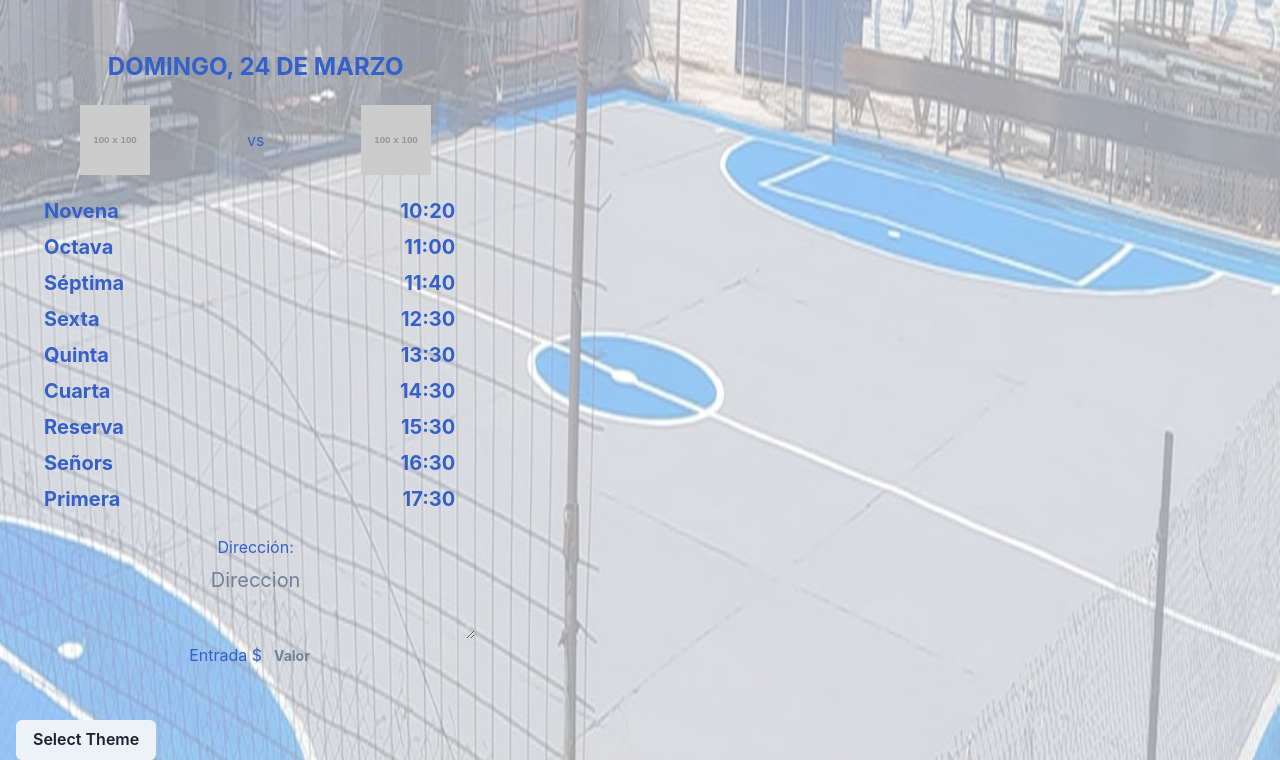
Repository: Anibalgutierrez/flayers
Page: /
The author's editor kept a copy of each file at every save. The page is drawn from the files as they stood at one save, then again after the next save.
The browser window is 1280 px wide. The pictures show the whole page.
The project was rebuilt for these pictures with package versions that can differ from the ones it lists, and the page was loaded fresh each time. Also part of the build but not shown: vite.config.js.

Above is the page before, as saved 2024-06-03 22:33:39.

After the next save:
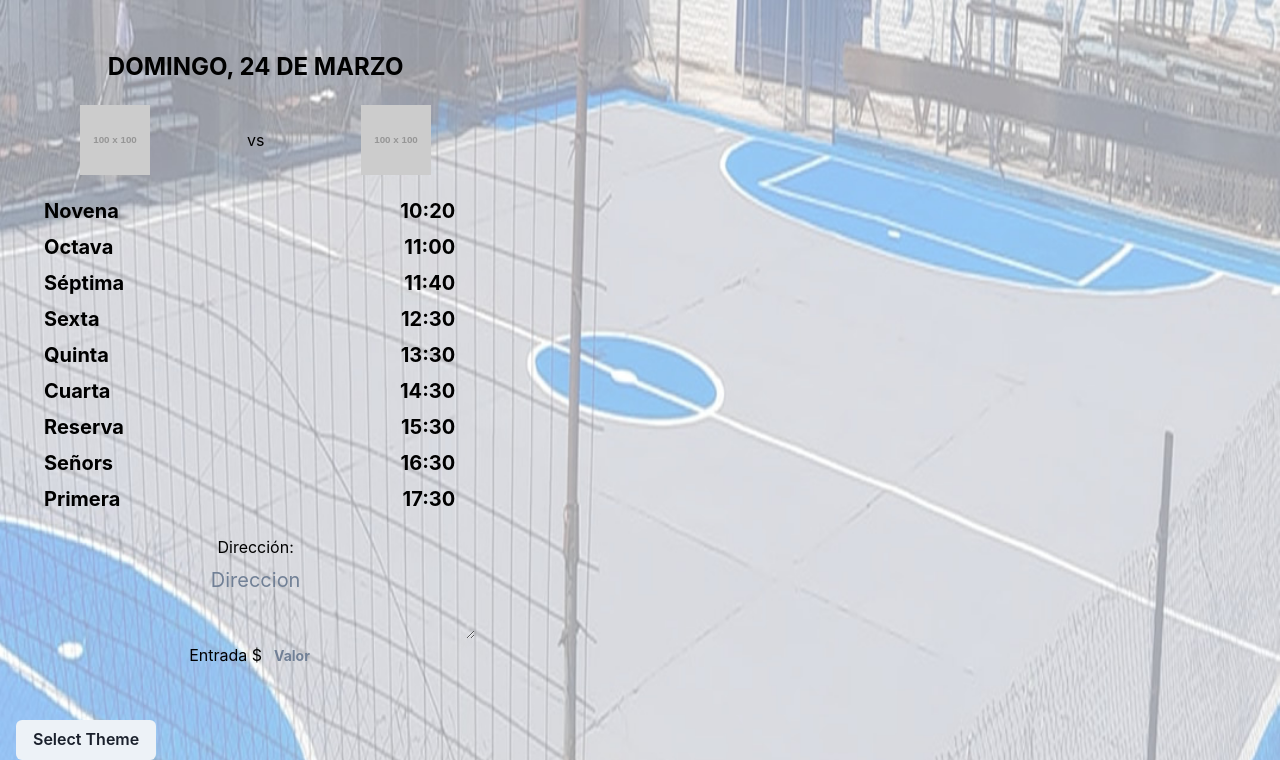
Saved 79 s later.
--- a/src/ThemeContext.jsx
+++ b/src/ThemeContext.jsx
@@ -14,7 +14,7 @@ const themes = {
             'html, body': {
               backgroundImage: `url(${canchablanco})`,
           backgroundSize: 'cover',
-              color: '#3360CB',
+              color: 'black',
             },
           },
         },
